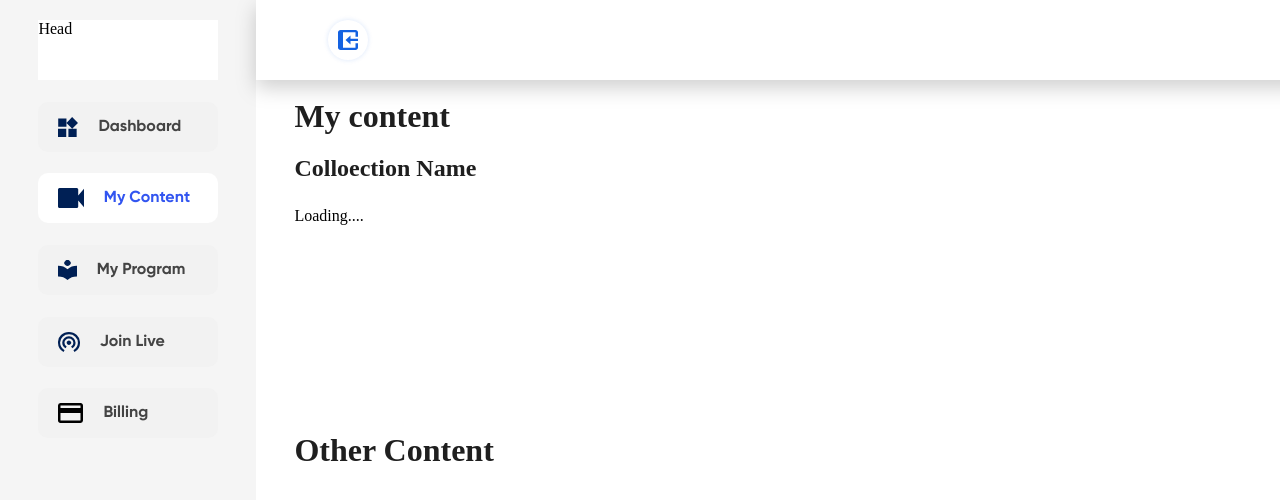
Repository: harshuuu18/crusp-admin
Page: /user
These files come from the project's save history. The page is drawn as it stood at one moment and after the next save; the edit follows.
The browser window is 1280 px wide. The pictures show the whole page.
The page's requests for data from a server got no answer. The project was rebuilt for these pictures with package versions that can differ from the ones it lists, and the page was loaded fresh each time. No one was signed in, and anything a server would have sent is missing. Also part of the build but not shown: src/Components/Pages/Batch/Batch.js, src/Utilities/Context.js, src/Components/Pages/MyProgram/Program.js, src/Components/Pages/MyProgram/Data.js, src/Components/Pages/MyProgram/Programs.js, src/Components/Pages/MyProgram/MyProgram.js, src/Components/Pages/Live/Session.js, src/Components/Pages/Live/Live.js and 2 more.

Above is the page before, as saved 2022-01-24 21:29:40.

After the next save:
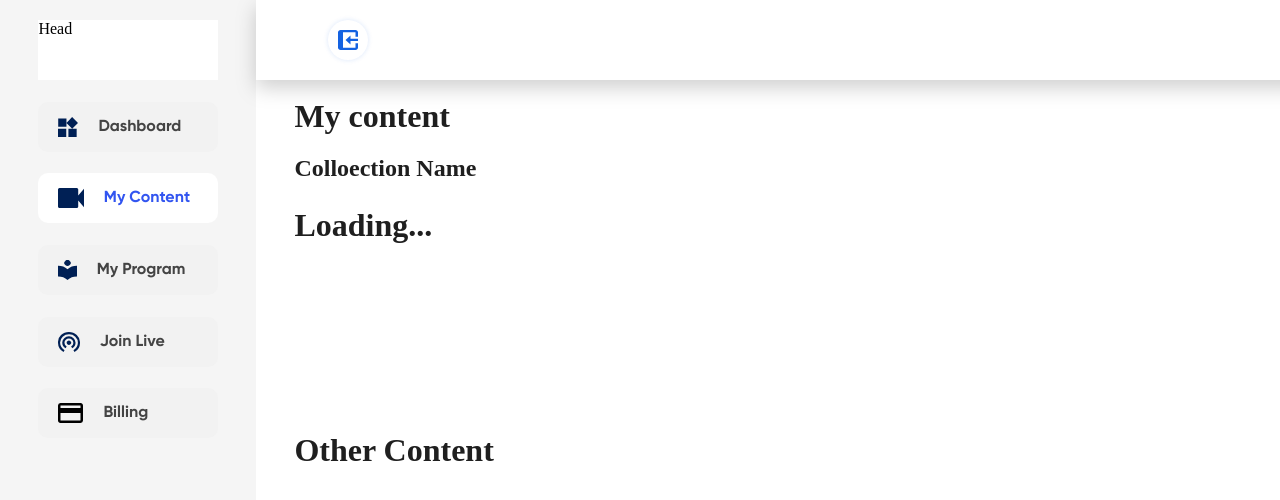
Saved 11 s later.
--- a/src/Components/Pages/Content/Content.js
+++ b/src/Components/Pages/Content/Content.js
@@ -36,7 +36,7 @@ function Content() {
                 </div>
               );
             })
-          : "Loading...."}
+          : <h1>Loading...</h1>}
       </div>
       <h1>Other Content</h1>
     </div>
